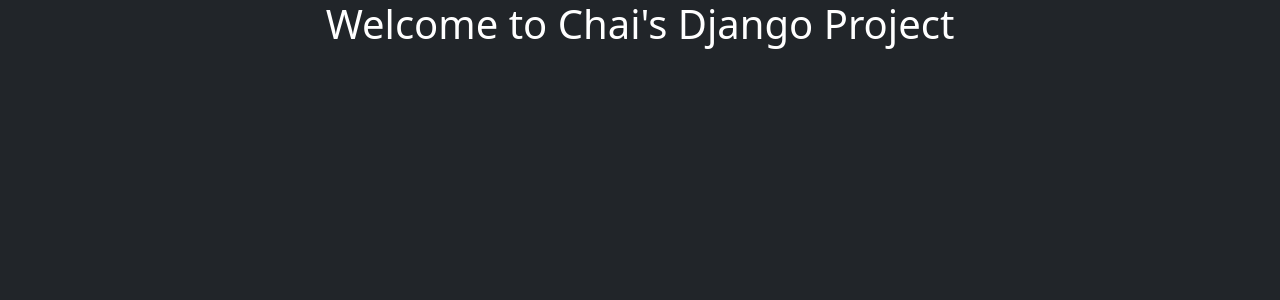
Repository: Pratham-2407/Full-Stack-Tweeting-Application---Django-
Page: http://localhost/tweet/
These files come from the project's save history. The page is drawn as it stood at one moment and after the next save; the edit follows.
The browser window is 1280 px wide. The pictures show the whole page.
The page is served by the project's application, run on Django 5.2 (chaihq/manage.py). Other server files are loaded and not shown.

Above is the page before, as saved 2024-07-13 21:29:52.

### chaihq/tweet/templates/index.html
{% extends "layout.html" %}

{% block title %}
Chai aur tweet
{% endblock %}

{% block content %}

<h1 class="text-center text-white">Welcome to Chai's Django Project</h1>

{% endblock %}

### chaihq/templates/layout.html
{% load static %}

<!DOCTYPE html>
<html lang="en">
<head>
    <meta charset="UTF-8">
    <meta name="viewport" content="width=device-width, initial-scale=1.0">
    <link href="https://cdn.jsdelivr.net/npm/bootstrap@5.3.3/dist/css/bootstrap.min.css" rel="stylesheet" integrity="sha384-QWTKZyjpPEjISv5WaRU9OFeRpok6YctnYmDr5pNlyT2bRjXh0JMhjY6hW+ALEwIH" crossorigin="anonymous">
    <title>
        {% block title %}
        Chai aur Django
        {% endblock %}
    </title>
</head>
<body class="bg-dark">
    <div class="container">
        {% block content %}
        {% endblock %}
    </div>
</body>
</html>

### chaihq/tweet/views.py
from django.shortcuts import render

# Create your views here.

def index(request):
    return render(request, 'index.html')

### chaihq/chaihq/urls.py
"""
URL configuration for chaihq project.

The `urlpatterns` list routes URLs to views. For more information please see:
    https://docs.djangoproject.com/en/5.0/topics/http/urls/
Examples:
Function views
    1. Add an import:  from my_app import views
    2. Add a URL to urlpatterns:  path('', views.home, name='home')
Class-based views
    1. Add an import:  from other_app.views import Home
    2. Add a URL to urlpatterns:  path('', Home.as_view(), name='home')
Including another URLconf
    1. Import the include() function: from django.urls import include, path
    2. Add a URL to urlpatterns:  path('blog/', include('blog.urls'))
"""
from django.contrib import admin
from django.urls import path, include
#added
from django.conf import settings
from django.conf.urls.static import static

urlpatterns = [
    path('admin/', admin.site.urls),
    path('tweet/', include('tweet.urls')),


] + static(settings.MEDIA_URL, document_root=settings.MEDIA_ROOT)

### chaihq/tweet/urls.py
from django.urls import path
from . import views


urlpatterns = [
    path('', views.index, name='index'),
]

After the next save:
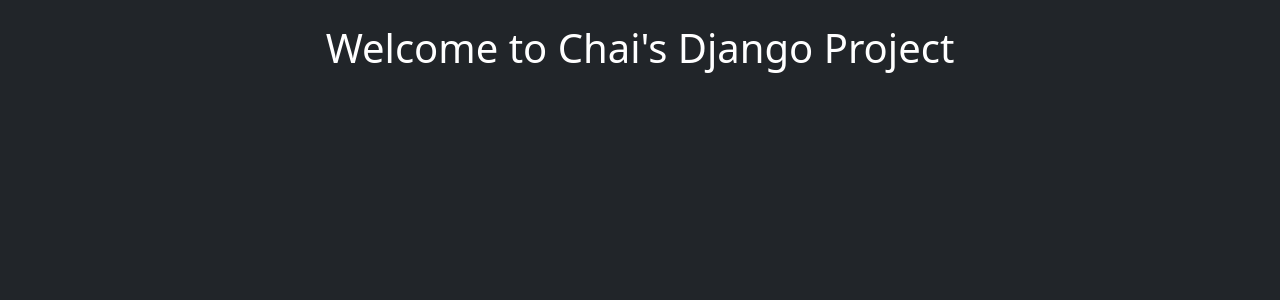
Saved 57 s later.
--- a/chaihq/tweet/templates/index.html
+++ b/chaihq/tweet/templates/index.html
@@ -6,6 +6,6 @@ Chai aur tweet
 
 {% block content %}
 
-<h1 class="text-center text-white">Welcome to Chai's Django Project</h1>
+<h1 class="text-center text-white mt-4">Welcome to Chai's Django Project</h1>
 
 {% endblock %}
